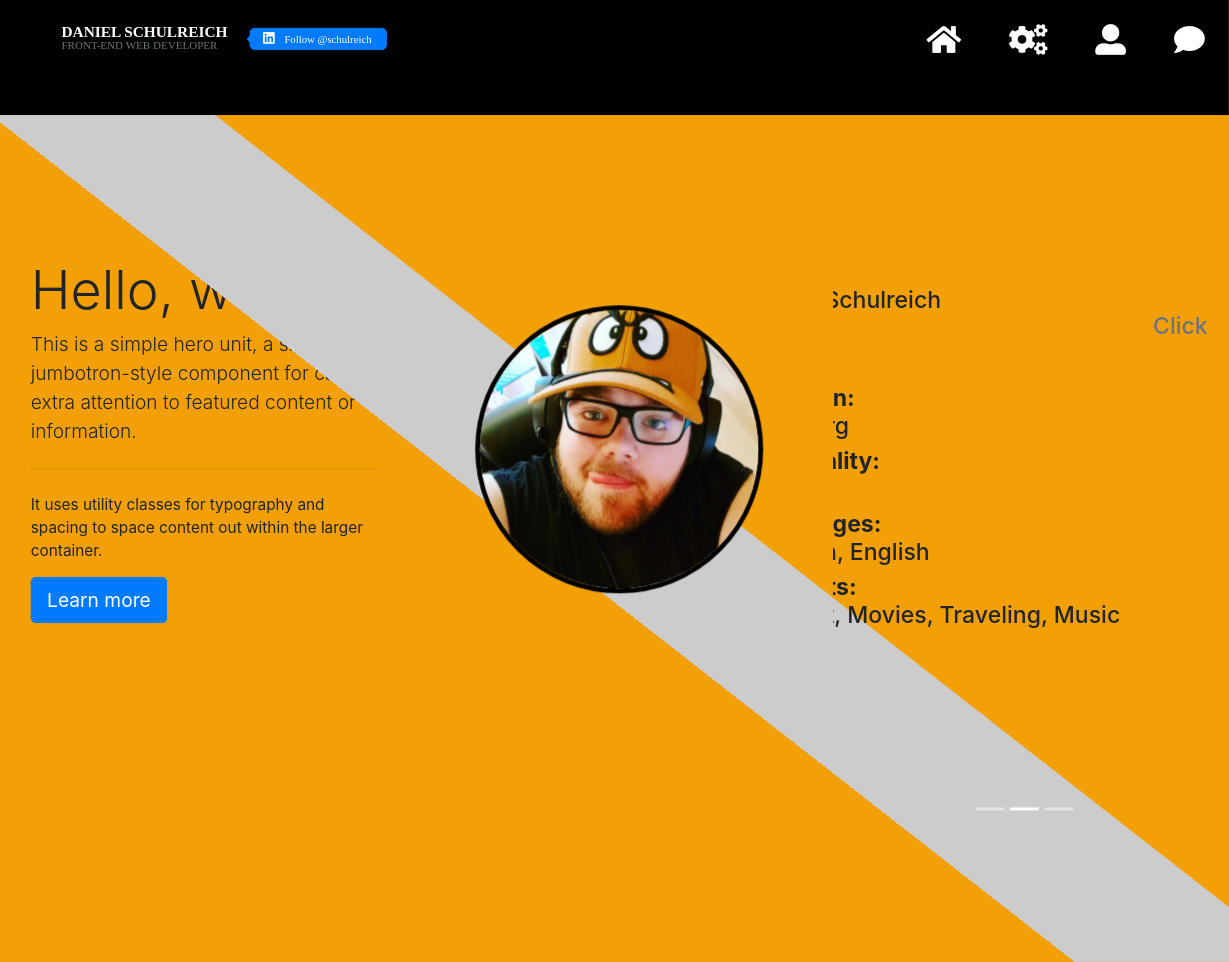
Repository: schulreich/my_portfolio
Page: portfolio.html
These files come from the project's save history. The page is drawn as it stood at one moment and after the next save; the edit follows.
The browser window is 1280 px wide. The pictures show the whole page, at 96% of full size.
Some web fonts or font styles are not loaded; a fallback is used. Some web libraries are served in a nearby version.

Above is the page before, as saved 2020-06-17 18:46:03.

### portfolio.html
<!DOCTYPE html>
<html lang="en">
<head>
    <meta charset="UTF-8">
    <meta name="viewport" content="width=device-width, initial-scale=1.0">
    <meta http-equiv="X-UA-Compatible" content="ie=edge">
    <link rel="stylesheet" href="https://stackpath.bootstrapcdn.com/bootstrap/4.1.3/css/bootstrap.min.css" integrity="sha384-MCw98/SFnGE8fJT3GXwEOngsV7Zt27NXFoaoApmYm81iuXoPkFOJwJ8ERdknLPMO" crossorigin="anonymous">
    <link rel="stylesheet" href="css/main.css">
    <link rel="stylesheet" href="https://use.fontawesome.com/releases/v5.5.0/css/all.css" integrity="sha384-B4dIYHKNBt8Bc12p+WXckhzcICo0wtJAoU8YZTY5qE0Id1GSseTk6S+L3BlXeVIU" crossorigin="anonymous">

    <title>Document</title>
</head>
<body>
    <header>
        <div class="row">
            <div class="name">DANIEL SCHULREICH</div>
            <div class="title text-muted"><small>FRONT-END WEB DEVELOPER</small></div>
            <a class="btn btn-primary btn-sm follow d-none d-lg-block" href="#"role="button"><i class="fab fa-linkedin "></i><i class="fas fa-arrow-left arrow-left text-primary"></i><small>Follow @schulreich</small></a>

            <div class="nav">
                    <ul>
                        <li class="home"><i class="icon fa fa-home fa-2x nav-icon"></i><a href="index.html">Home</a>
                        </li>
                        <li class="about"><i class="fas fa-cogs fa-2x nav-icon"></i><a href="skills">Skills</a>
                        </li>
                        <li class="code"><i class="fas fa-user-alt fa-2x nav-icon"></i><a href="#about">About</a>
                        </li>
                        <li class="contact"><i class="icon fa fa-comment fa-2x nav-icon"></i><a href="#contact">Contact</a>
                        </li>
                    </ul>
                </div>


        </div>
    </header>

    <section class="project-modal">

    <div class="modal fade bd-example-modal-lg" tabindex="-1" role="dialog" aria-labelledby="myLargeModalLabel" aria-hidden="true">
            <div class="modal-dialog modal-lg">
              <div class="modal-content">
                <div class="modal-header">
                  <h5 class="modal-title" id="exampleModalLabel"><strong>#Speaker Project</strong></h5>
                  <button type="button" class="close" data-dismiss="modal" aria-label="Close">
                    <span aria-hidden="true">&times;</span>
                  </button>
                </div>
                <div class="modal-body modal-align">
                    <img class="modal-img" src="images/thumbnail-1.png" alt="">
                </div>
                <div class="modal-footer">
                  <button type="button" class="btn btn-secondary" data-dismiss="modal">Open Website</button>
                  <a href="" class="btn btn-primary btn-lg active" role="button" aria-pressed="true">Primary link</a>
                </div>
              </div>
            </div>
          </div>

          <div class="modal fade bd-cards-example-modal-lg" tabindex="-1" role="dialog" aria-labelledby="myLargeModalLabel" aria-hidden="true">
                <div class="modal-dialog modal-lg">
                  <div class="modal-content">
                    <div class="modal-header">
                      <h5 class="modal-title" id="exampleModalLabel"><strong>#Cards</strong></h5>
                      <button type="button" class="close" data-dismiss="modal" aria-label="Close">
                        <span aria-hidden="true">&times;</span>
                      </button>
                    </div>
                    <div class="modal-body modal-align">
                        <img class="modal-img" src="images/moviefestival.png" alt="">
                    </div>
                    <div class="modal-footer">
                      <a href="https://schulreich.github.io/project-movie-festival/" target="_blank" class="btn btn-primary btn-lg active" role="button" aria-pressed="true">Primary link</a>
                      <button type="button" class="btn btn-secondary" data-dismiss="modal">Close</button>
                    </div>
                  </div>
                </div>
              </div>


              <div class="modal fade bd-grid-example-modal-lg" tabindex="-1" role="dialog" aria-labelledby="myLargeModalLabel" aria-hidden="true">
                    <div class="modal-dialog modal-lg">
                      <div class="modal-content">
                        <div class="modal-header">
                          <h5 class="modal-title" id="exampleModalLabel"><strong>#Grid</strong></h5>
                          <button type="button" class="close" data-dismiss="modal" aria-label="Close">
                            <span aria-hidden="true">&times;</span>
                          </button>
                        </div>
                        <div class="modal-body modal-align">
                            <img class="modal-img" src="images/thumbnail-3.png" alt="">
                        </div>
                        <div class="modal-footer">
                          <button type="button" class="btn btn-secondary" data-dismiss="modal">Open Website</button>
                          <button type="button" class="btn btn-primary">Open GitHub</button>
                        </div>
                      </div>
                    </div>
                  </div>


          <div class="modal fade bd-register-example-modal-lg" tabindex="-1" role="dialog" aria-labelledby="myLargeModalLabel" aria-hidden="true">
                <div class="modal-dialog modal-lg">
                  <div class="modal-content">
                    <div class="modal-header">
                      <h5 class="modal-title" id="exampleModalLabel"><strong>#Register</strong></h5>
                      <button type="button" class="close" data-dismiss="modal" aria-label="Close">
                        <span aria-hidden="true">&times;</span>
                      </button>
                    </div>
                    <div class="modal-body modal-align">
                        <img class="modal-img" src="images/thumbnail-4.png" alt="">
                    </div>
                    <div class="modal-footer">
                      <button type="button" class="btn btn-secondary" data-dismiss="modal">Open Website</button>
                      <button type="button" class="btn btn-primary">Open GitHub</button>
                    </div>
                  </div>
                </div>
              </div>

    </section>

    <section class="skill-modal">

 <div class="modal fade bd-html-example-modal-lg" tabindex="-1" role="dialog" aria-labelledby="myLargeModalLabel" aria-hidden="true">
                <div class="modal-dialog modal-lg">
                  <div class="modal-content">
                    <div class="modal-header">
                      <h5 class="modal-title" id="exampleModalLabel"><strong>#Certificate</strong></h5>
                      <button type="button" class="close" data-dismiss="modal" aria-label="Close">
                        <span aria-hidden="true">&times;</span>
                      </button>
                    </div>
                    <div class="modal-body modal-align">
                        <img class="modal-img" src="images/html-1.pdf" alt="">
                        <img class="modal-img" src="images/html-1.pdf" alt="">
                    </div>
                    <div class="modal-footer">
                      <button type="button" class="btn btn-secondary" data-dismiss="modal">Open Website</button>
                      <button type="button" class="btn btn-primary">Open GitHub</button>
                    </div>
                  </div>
                </div>
              </div>

    </section>

    <section class="container-fluid intro-section">

        <div class="row">
             <div class="intro col-lg-4 col-md-5 jumbotron">
                <h1 class="display-4">Hello, world!</h1>
                     <p class="lead">This is a simple hero unit, a simple jumbotron-style component for calling extra attention to featured content or information.</p>
                <hr class="my-4">
                     <p>It uses utility classes for typography and spacing to space content out within the larger container.</p>
                            <a class="btn btn-primary btn-lg" href="#" role="button">Learn more</a>
          </div>


          <div class="col-lg-4 d-none d-lg-block move">
              <img class="skew" src="https://dummyimage.com/200x753/000/000" alt="">
              <img class="rounded-circle " src="images/test.jpeg" alt="">
          </div>

<aside id="carouselExampleIndicators" class="col-lg-4 personal-information carousel slide" data-ride="carousel">
        <ol class="carousel-indicators">
                <li data-target="#carouselExampleIndicators" data-slide-to="0" class="active"></li>
                <li data-target="#carouselExampleIndicators" data-slide-to="1"></li>
                <li data-target="#carouselExampleIndicators" data-slide-to="2"></li>
              </ol>
    <div class="carousel-inner">
        <div class="carousel-item active">
              <h4><strong>Name:</strong> <br> Daniel Schulreich</h4> <!--add padding-->
              <h4><strong>Age:</strong> <br> 32</h4>
              <h4><strong>Location:</strong> <br> Duisburg</h4>
              <h4><strong>Nationality:</strong> <br> Austria</h4>
              <h4><strong>Languages:</strong> <br> German, English</h4>
              <h4><strong>Interests:</strong> <br> E-Sport, Movies, Traveling, Music</h4>
        </div>

        <div class="carousel-item">
            <aside class="skills text-center">
                <h1><strong>My Skills</strong></h1>
                <h4 class="text-muted">Click on Icons for more Details</h4>
                <div class="y">
                  <div>
                  <button class="skill-button"><i class="fab fa-html5 fa-4x" ></i></button>  <br>
                  <button class="skill-button"><i class="fab fa-css3-alt fa-4x"></i></button>  <br>
                </div>
                <div>
                  <button><i class="fab fa-sass fa-5x"></i></button>      <br>
                  <button><i class="fab fa-react fa-6x"></i></button>  <br>
                </div>
                <div>
                <button><i class="fab fa-js-square fa-6x"></i></button>  <br>
                </div>
            </div>
            </aside>
        </div>

        <div class="carousel-item">
            <aside class="projects">
                <h1>Projects</h1>
                <h4 class="text-muted">Select Thumbnail</h4>

                <img src="images/boardgame.png" class="img-thumbnail thumbnail" data-toggle="modal" data-target=".bd-example-modal-lg" alt="...">
                <img src="images/moviefestival.png" class="img-thumbnail thumbnail" data-toggle="modal" data-target=".bd-cards-example-modal-lg" alt="..."> <br>
                <img src="images/restaurantreview.png" class="img-thumbnail thumbnail" data-toggle="modal" data-target=".bd-grid-example-modal-lg" alt="...">
                <img src="images/thumbnail-4.png" class="img-thumbnail thumbnail" data-toggle="modal" data-target=".bd-register-example-modal-lg" alt="...">
            </aside>
        </div>
    </div>
</aside>

    </div>

    </section>









    <script src="https://code.jquery.com/jquery-3.3.1.slim.min.js" integrity="sha384-q8i/X+965DzO0rT7abK41JStQIAqVgRVzpbzo5smXKp4YfRvH+8abtTE1Pi6jizo" crossorigin="anonymous"></script>
<script src="https://cdnjs.cloudflare.com/ajax/libs/popper.js/1.14.3/umd/popper.min.js" integrity="sha384-ZMP7rVo3mIykV+2+9J3UJ46jBk0WLaUAdn689aCwoqbBJiSnjAK/l8WvCWPIPm49" crossorigin="anonymous"></script>
<script src="https://stackpath.bootstrapcdn.com/bootstrap/4.1.3/js/bootstrap.min.js" integrity="sha384-ChfqqxuZUCnJSK3+MXmPNIyE6ZbWh2IMqE241rYiqJxyMiZ6OW/JmZQ5stwEULTy" crossorigin="anonymous"></script>
</body>
</html>

### css/main.css
@import url("https://fonts.googleapis.com/css?family=Coda");
@keyframes mymove {
  0% {
    left: 16%;
  }
  100% {
    left: 25%;
  }
}
@keyframes myskew {
  0% {
    transform: skew(52deg);
  }
  100% {
    transform: skew(0deg);
  }
}
@keyframes myfade {
  0% {
    opacity: 0;
  }
  25% {
    opacity: 0;
  }
  50% {
    opacity: 0.6;
  }
  75% {
    opacity: 0.8;
  }
  100% {
    opacity: 1;
  }
}
body {
  background-color: #f3a006;
}

header {
  background-color: black;
  height: 120px;
  font-family: "Coda";
}
header .name {
  position: absolute;
  left: 5%;
  top: 3%;
  color: white;
  font-weight: bolder;
}
header .title {
  position: absolute;
  top: 5%;
  left: 5%;
  color: white;
  font-size: 0.9em;
}
header .follow {
  position: absolute;
  left: 260px;
  top: 4%;
  border-radius: 5px;
  padding-top: 0;
  padding-bottom: 0;
  padding-right: 15px;
  padding-left: 3px;
}
header .arrow-left {
  position: absolute;
  left: -10%;
  top: 18%;
}
header .nav-icon {
  color: white;
}
header i {
  padding: 0 10px;
}
header ul {
  list-style-type: none;
}
header .nav ul {
  margin: 0;
  padding: 0;
  position: absolute;
  top: 10px;
  right: 0;
  font-size: 0px;
}
header .nav ul li {
  font-size: 12pt;
  display: inline-block;
  padding: 15px;
  transition: all 0.2s ease-in-out;
}
header .nav ul li a {
  font-family: FontAwesome;
  color: lime;
  font-size: 22pt;
  text-decoration: none;
}
header .nav ul .home .about .code .contact {
  background: black;
}
header .nav ul li i {
  display: block;
}
header .nav ul li a {
  display: none;
}
header .nav ul li:hover i {
  display: none;
}
header .nav ul li:hover a {
  display: block;
}
header .nav a:hover {
  color: lime;
}

.modal-img {
  width: 600px;
}

.modal-align {
  padding-left: 6rem;
}

.modal-header {
  background-color: #f3a006;
}

.modal-body {
  background-color: black;
}

.intro-section {
  background-color: #f3a006;
  /*}
  .rounded-circle:hover{
      left: 25%;
      transition: 2s left;
  }*/
}
.intro-section .intro {
  background-color: #f3a006;
  top: 85px;
}
.intro-section .skew {
  transform: skew(52deg);
  position: absolute;
  height: 147%;
  left: 30%;
  animation: myskew 2s 1 ease;
  animation-fill-mode: forwards;
}
.intro-section .rounded-circle {
  position: absolute;
  border: solid 5px black;
  height: 300px;
  width: 300px;
  left: 16%;
  top: 33%;
  animation: mymove 2s 1 ease;
  animation-fill-mode: forwards;
}
.intro-section .personal-information {
  position: relative;
  top: 150px;
  animation: myfade 5s 1 ease;
  transition-delay: 3s;
}
.intro-section .carousel-inner {
  height: 600px;
}
.intro-section .skill-button {
  width: 115px;
}
.intro-section .fa-html5 {
  color: blue;
}
.intro-section .fa-css3-alt {
  color: pink;
}
.intro-section .fa-sass {
  color: violet;
}
.intro-section .fa-react {
  color: skyblue;
  width: 100px;
}
.intro-section .fa-js-square {
  color: yellow;
  width: 100px;
}
.intro-section .thumbnail {
  width: 200px;
  height: 200px;
}

After the next save:
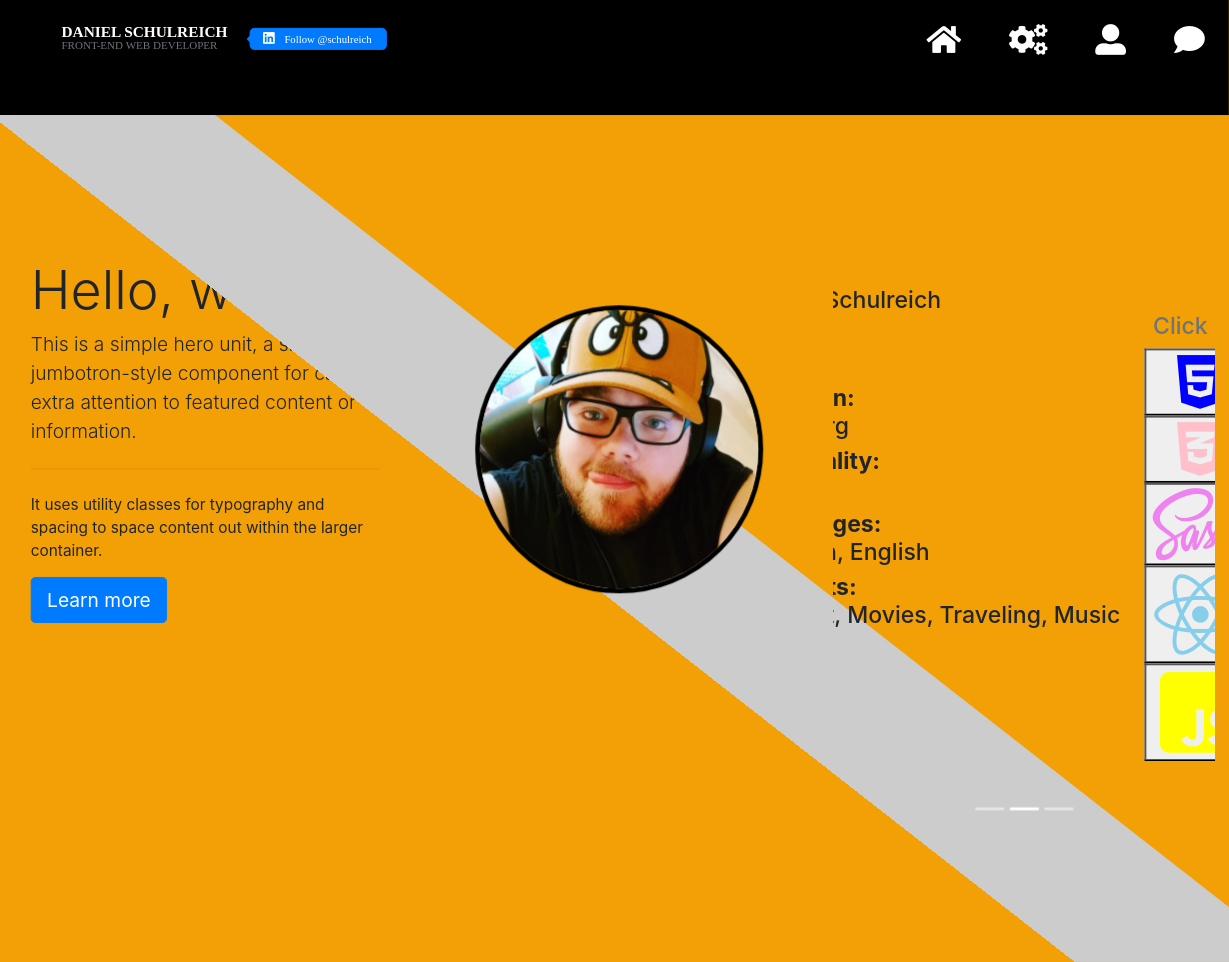
Saved 72 s later.
--- a/portfolio.html
+++ b/portfolio.html
@@ -183,15 +183,15 @@
                 <h1><strong>My Skills</strong></h1>
                 <h4 class="text-muted">Click on Icons for more Details</h4>
                 <div class="y">
-                  <div>
+                  <div class="col-lg-4">
                   <button class="skill-button"><i class="fab fa-html5 fa-4x" ></i></button>  <br>
                   <button class="skill-button"><i class="fab fa-css3-alt fa-4x"></i></button>  <br>
                 </div>
-                <div>
+                <div class="col-lg-4">
                   <button><i class="fab fa-sass fa-5x"></i></button>      <br>
                   <button><i class="fab fa-react fa-6x"></i></button>  <br>
                 </div>
-                <div>
+                <div class="col-lg-4">
                 <button><i class="fab fa-js-square fa-6x"></i></button>  <br>
                 </div>
             </div>
